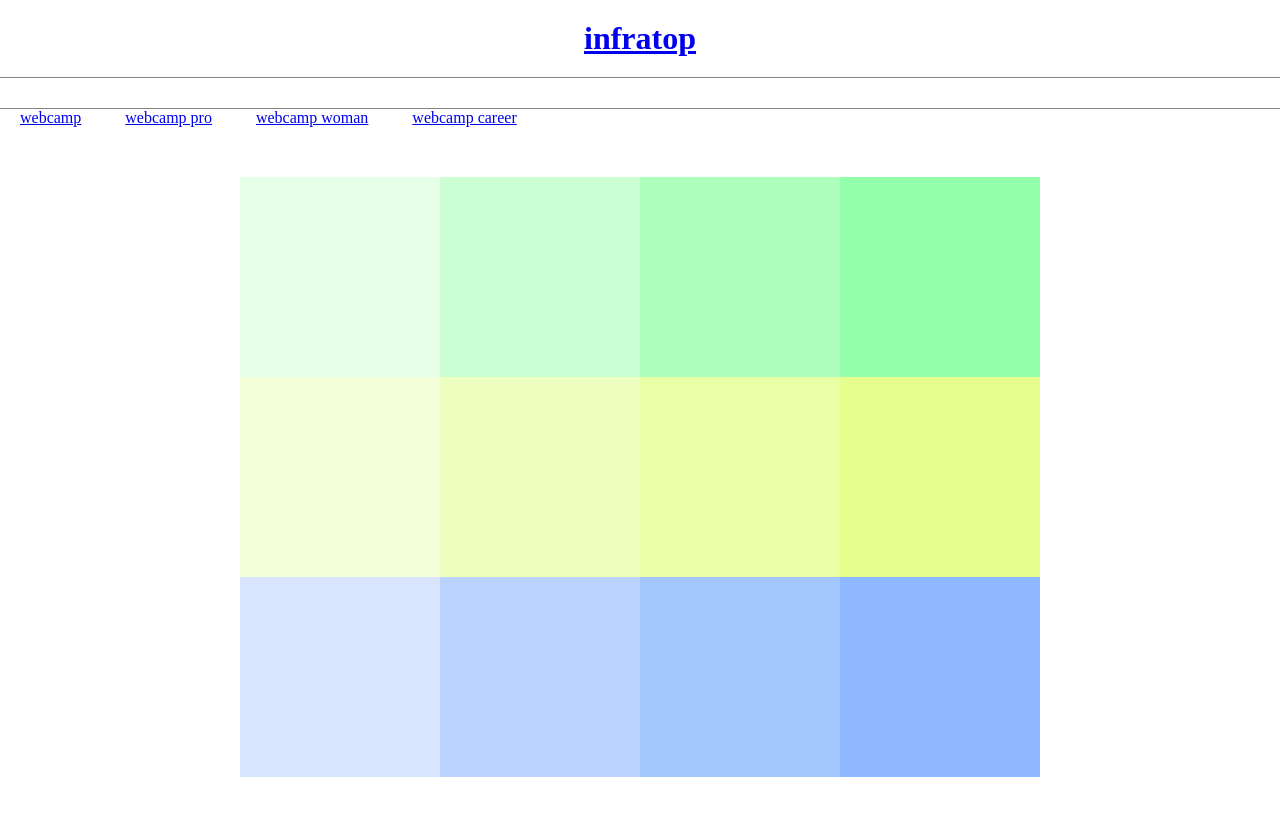
Repository: NANAKUNITA/chapter10
Page: chapter5/chapter5.html
The author's editor kept a record of every edit. The page is drawn from the files as they stood at one moment, then again after the next edit.
The browser window is 1280 px wide. The pictures show the whole page.

Above is the page before.

### chapter5/chapter5.html
<!DOCCTYPE html>
<html lang="ja">
  <head>
    <meta charset="UTF-8"/>
    <link rel="stylesheet" href="chapter5.css">
    <title>infratop</title>
  </head>

  <body>
    <header>
      <h1 class="header">
        <a href="chapter5.html">infratop </a>
      </h1>
    </header>

    <nav>
      <ul class="nav-list"></ul>
        <li class="nav-list-item">
          <a href="chapter5.html">webcamp</a>
        </li>
        <li class="nav-list-item">
         <a href="chapter5.html">webcamp pro</a>
         </li>
        <li class="nav-list-item">
          <a href="chapter5.html">webcamp woman</a>
        </li>
        <li class="nav-list-item">
          <a href="chapter5.html">webcamp career</a>
        </li>
    </nav>

    <div class="main">
   <div class="box1"></div>
   <div class="box2"></div>
   <div class="box3"></div>
   <div class="box4"></div>
   <div class="box5"></div>
   <div class="box6"></div>
   <div class="box7"></div>
   <div class="box8"></div>
   <div class="box9"></div>
   <div class="box10"></div>
   <div class="box11"></div>
   <div class="box12"></div>
   </div>
  </body>
</html>

### chapter5/chapter5.css
*{
  margin: 0;
  padding: 0;
  box-sizing: border-box;
}

header{
  width:100%;
  padding:20px 0;
  text-align:center;
}

.nav-list{
  text-align:center;
  padding:15px 0;
  margin:0 auto;
  border-bottom:1px solid #848282;
  border-top:1px solid #848282;
}

.nav-list-item{
  list-style:none;
  display:inline-block;
  margin:0 20px;
}

.main{
  width:800px;
 margin:50px auto;
 display: flex;
 flex-wrap: wrap;
}

.box1{
  width: 200px;
  height: 200px;
  background-color: #e6ffe9;
}

.box2{
  width: 200px;
  height: 200px;
  background-color: #cbffd3;
}

.box3{
  width: 200px;
  height: 200px;
  background-color: #aeffbd;
}

.box4{
  width: 200px;
  height: 200px;
  background-color: #93ffab;
}

.box5{
  width: 200px;
  height: 200px;
  background-color: #f3ffd8;
}

.box6{
  width: 200px;
  height: 200px;
  background-color: #edffbe;
}

.box7{
  width: 200px;
  height: 200px;
  background-color: #e9ffa5;
}

.box8{
  width: 200px;
  height: 200px;
  background-color: #e4ff8d;
}

.box9{
  width: 200px;
  height: 200px;
  background-color: #d9e5ff;
}

.box10{
  width: 200px;
  height: 200px;
  background-color: #bad3ff;
}

.box11{
  width: 200px;
  height: 200px;
  background-color: #a4c6ff;
}

.box12{
  width: 200px;
  height: 200px;
  background-color: #8eb8ff;
}

footer{
  width: 100%;
  height: 120px;
  text-align: center;
  line-height: 120px;
  background-color: #848282;
}

.footer-text{
  color: #fff;
}

After the next edit:
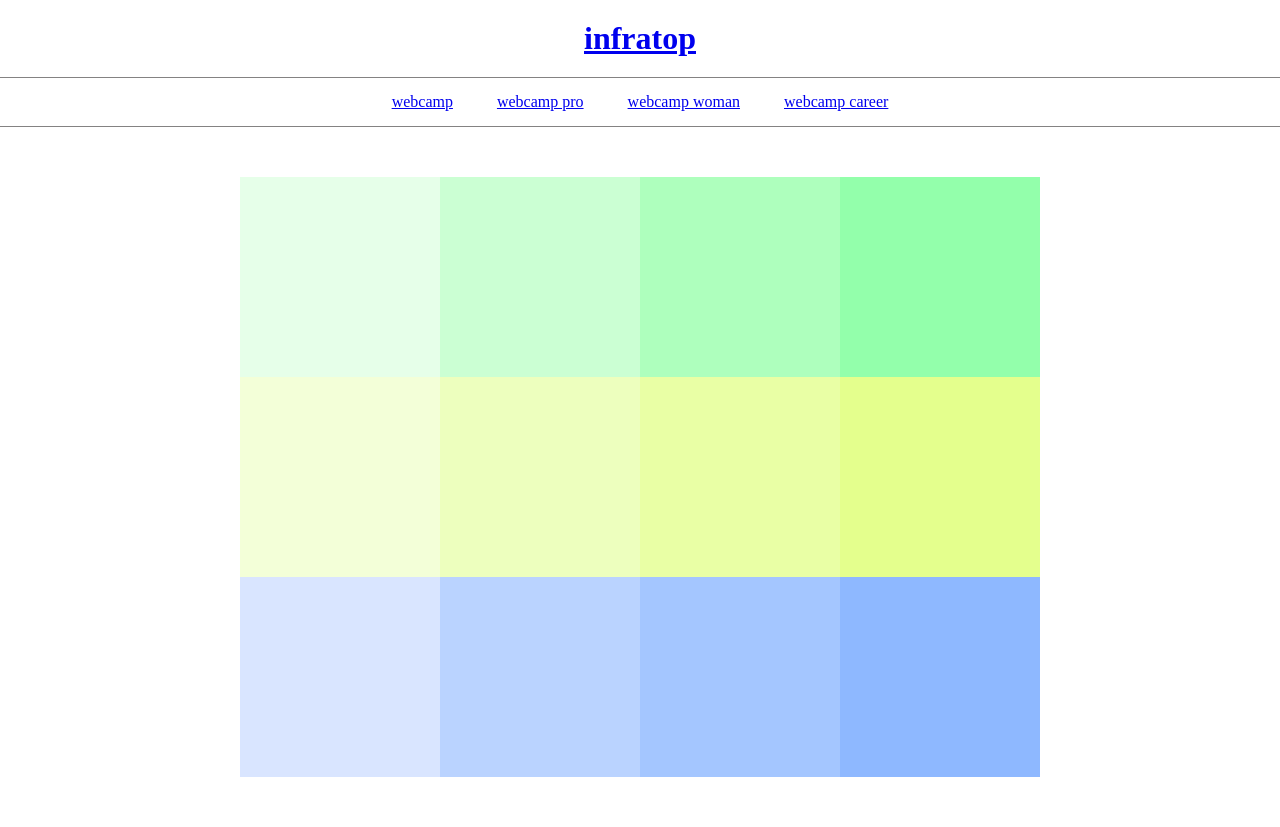
The edit:
--- a/chapter5/chapter5.html
+++ b/chapter5/chapter5.html
@@ -14,7 +14,7 @@
     </header>
 
     <nav>
-      <ul class="nav-list"></ul>
+      <ul class="nav-list">
         <li class="nav-list-item">
           <a href="chapter5.html">webcamp</a>
         </li>
